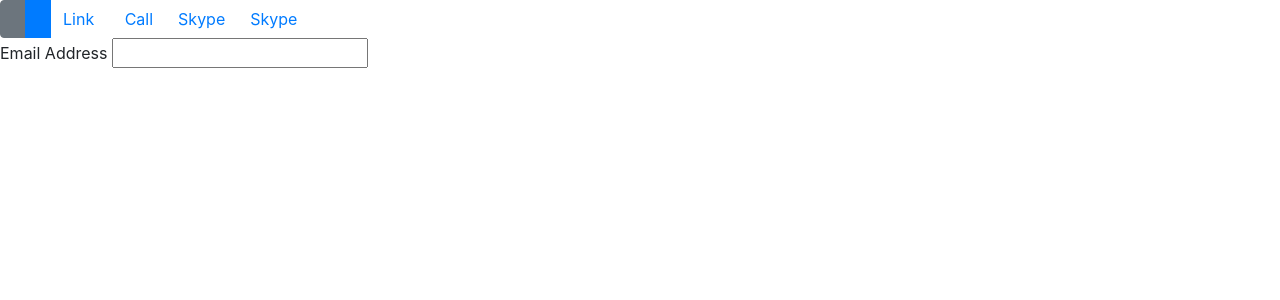
Repository: HwZau/conFusion
Page: index2.html
The author's editor kept a copy of each file at every save. The page is drawn from the files as they stood at one save, then again after the next save.
The browser window is 1280 px wide. The pictures show the whole page.

Above is the page before, as saved 2022-05-19 09:12:40.

After the next save:
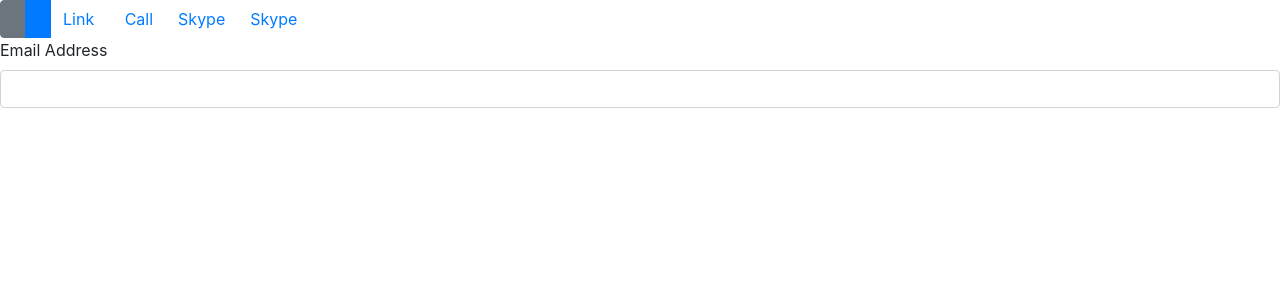
Saved 5 s later.
--- a/index2.html
+++ b/index2.html
@@ -21,7 +21,7 @@
     <form action="">
         <div class="form-group">
             <label for="e1">Email Address</label>
-            <input type="email" class="form-">
+            <input type="email" class="form-control">
         </div>
     </form>
 </body>
